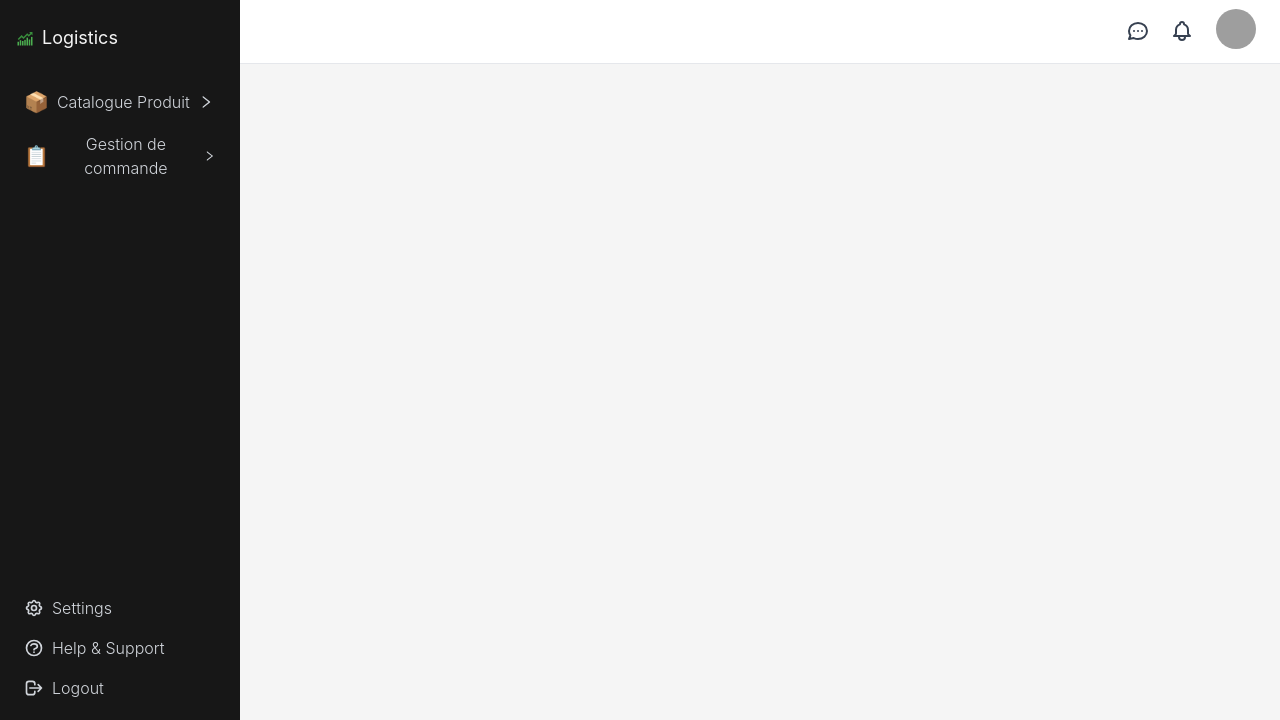
Repository: Mayar2222/Dashboard
Page: /
These files come from the project's save history. The page is drawn as it stood at one moment and after the next save; the edit follows.
The browser window is 1280 px wide. The pictures show the whole page.
Pictures or frames that could not be fetched are drawn as grey boxes. The project was rebuilt for these pictures with package versions that can differ from the ones it lists, and the page was loaded fresh each time. Also part of the build but not shown: src/components/CatalogueProduits.jsx, src/components/Categories.jsx.

Above is the page before, as saved 2024-07-28 17:50:33.

After the next save:
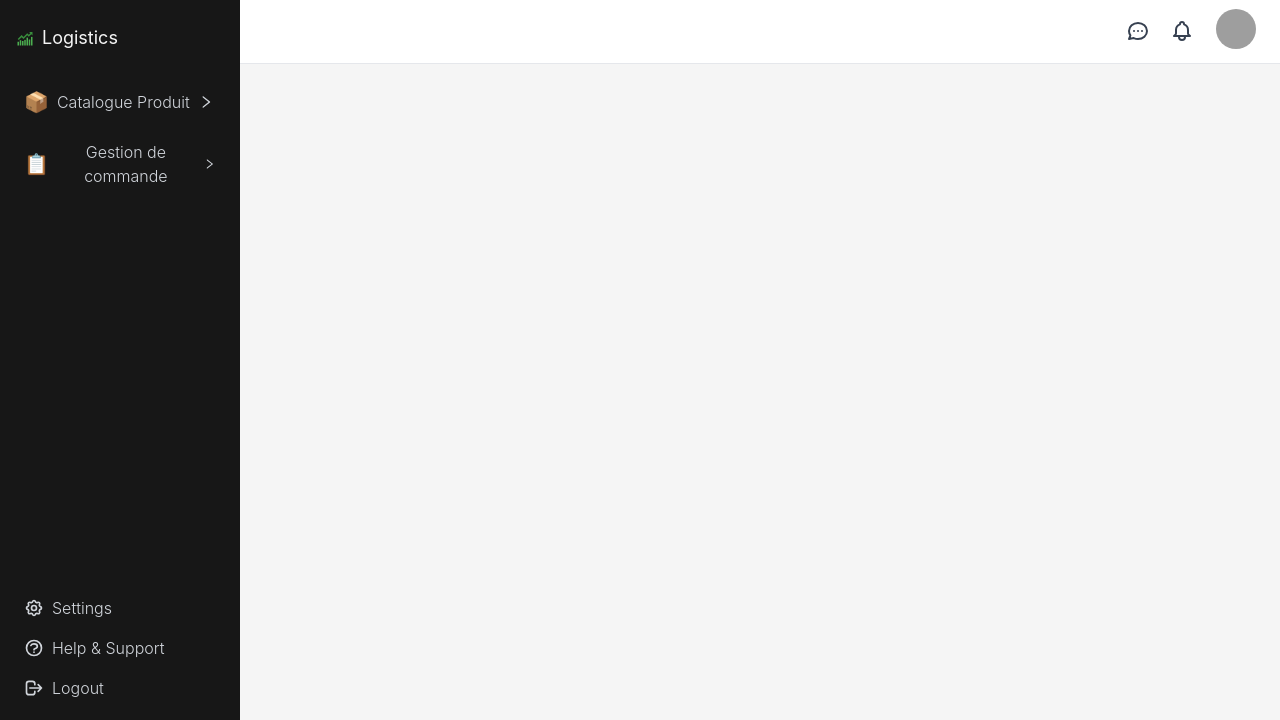
Saved 2 min 18 s later.
--- a/src/components/shared/Sidebar.jsx
+++ b/src/components/shared/Sidebar.jsx
@@ -30,56 +30,52 @@
         <span>Logistics</span>
       </div>
       <div className="flex-1 mt-4">
-        <div>
+        <div className="flex flex-col space-y-2">
           <button onClick={toggleCatalogue} className={linkClasses}>
             <span className="text-xl">📦</span>
             <span>Catalogue Produit</span>
             {isCatalogueOpen ? <AiOutlineDown /> : <AiOutlineRight />}
           </button>
-          {isCatalogueOpen && (
-            <div className="ml-6 mt-2">
-              <Link to="/categories" className={linkClasses}>
-                Catégories du produit
-              </Link>
-              <Link to="/produit" className={linkClasses}>
-                Produit
-              </Link>
-              <Link to="/spf" className={linkClasses}>
-                Spécificités
-              </Link>
-              <Link to="/historique" className={linkClasses}>
-                Historique de stock
-              </Link>
-              <Link to="/stock" className={linkClasses}>
-                Stock
-              </Link>
-              <Link to="/loc" className={linkClasses}>
-              Mes localisations
-
-              </Link>
-            </div>
-          )}
-        </div>
-
-        <div>
           <button onClick={toggleGestion} className={linkClasses}>
             <span className="text-xl">📋</span>
             <span>Gestion de commande</span>
             {isGestionOpen ? <AiOutlineDown /> : <AiOutlineRight />}
           </button>
-          {isGestionOpen && (
-            <div className="ml-6 mt-2">
-              <Link to="/ajoutercomm" className={linkClasses}>
+        </div>
 
+        {isCatalogueOpen && (
+          <div className="ml-6 mt-2">
+            <Link to="/categories" className={linkClasses}>
+              Catégories du produit
+            </Link>
+            <Link to="/produit" className={linkClasses}>
+              Produit
+            </Link>
+            <Link to="/spf" className={linkClasses}>
+              Spécificités
+            </Link>
+            <Link to="/historique" className={linkClasses}>
+              Historique de stock
+            </Link>
+            <Link to="/stock" className={linkClasses}>
+              Stock
+            </Link>
+            <Link to="/loc" className={linkClasses}>
+              Mes localisations
+            </Link>
+          </div>
+        )}
+
+        {isGestionOpen && (
+          <div className="ml-6 mt-2">
+            <Link to="/ajoutercomm" className={linkClasses}>
               Ajouter commande
-              </Link>
-              <Link to="/listecomm" className={linkClasses}>
+            </Link>
+            <Link to="/listecomm" className={linkClasses}>
               Liste des commandes
-              </Link>
-
-            </div>
-          )}
-        </div>
+            </Link>
+          </div>
+        )}
 
         {DASHBOARD_SIDEBAR_LINKS.filter(link => link.label !== "Catalogue Produit" && link.label !== "Gestion de commande").map(({ key, path, icon, label }) => (
           <Link

After the save that followed:
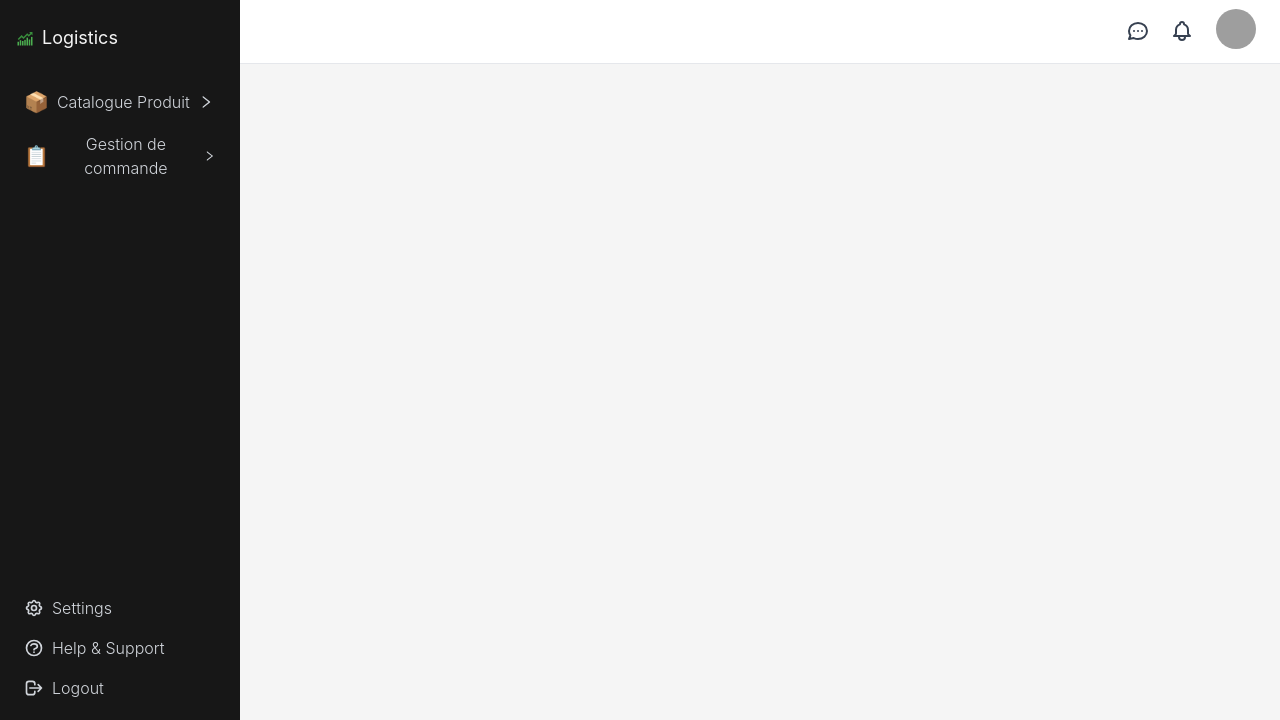
Saved 9 s later.
--- a/src/components/shared/Sidebar.jsx
+++ b/src/components/shared/Sidebar.jsx
@@ -30,52 +30,56 @@
         <span>Logistics</span>
       </div>
       <div className="flex-1 mt-4">
-        <div className="flex flex-col space-y-2">
+        <div>
           <button onClick={toggleCatalogue} className={linkClasses}>
             <span className="text-xl">📦</span>
             <span>Catalogue Produit</span>
             {isCatalogueOpen ? <AiOutlineDown /> : <AiOutlineRight />}
           </button>
+          {isCatalogueOpen && (
+            <div className="ml-6 mt-2">
+              <Link to="/categories" className={linkClasses}>
+                Catégories du produit
+              </Link>
+              <Link to="/produit" className={linkClasses}>
+                Produit
+              </Link>
+              <Link to="/spf" className={linkClasses}>
+                Spécificités
+              </Link>
+              <Link to="/historique" className={linkClasses}>
+                Historique de stock
+              </Link>
+              <Link to="/stock" className={linkClasses}>
+                Stock
+              </Link>
+              <Link to="/loc" className={linkClasses}>
+              Mes localisations
+
+              </Link>
+            </div>
+          )}
+        </div>
+
+        <div>
           <button onClick={toggleGestion} className={linkClasses}>
             <span className="text-xl">📋</span>
             <span>Gestion de commande</span>
             {isGestionOpen ? <AiOutlineDown /> : <AiOutlineRight />}
           </button>
+          {isGestionOpen && (
+            <div className="ml-6 mt-2">
+              <Link to="/ajoutercomm" className={linkClasses}>
+
+              Ajouter commande
+              </Link>
+              <Link to="/listecomm" className={linkClasses}>
+              Liste des commandes
+              </Link>
+
+            </div>
+          )}
         </div>
-
-        {isCatalogueOpen && (
-          <div className="ml-6 mt-2">
-            <Link to="/categories" className={linkClasses}>
-              Catégories du produit
-            </Link>
-            <Link to="/produit" className={linkClasses}>
-              Produit
-            </Link>
-            <Link to="/spf" className={linkClasses}>
-              Spécificités
-            </Link>
-            <Link to="/historique" className={linkClasses}>
-              Historique de stock
-            </Link>
-            <Link to="/stock" className={linkClasses}>
-              Stock
-            </Link>
-            <Link to="/loc" className={linkClasses}>
-              Mes localisations
-            </Link>
-          </div>
-        )}
-
-        {isGestionOpen && (
-          <div className="ml-6 mt-2">
-            <Link to="/ajoutercomm" className={linkClasses}>
-              Ajouter commande
-            </Link>
-            <Link to="/listecomm" className={linkClasses}>
-              Liste des commandes
-            </Link>
-          </div>
-        )}
 
         {DASHBOARD_SIDEBAR_LINKS.filter(link => link.label !== "Catalogue Produit" && link.label !== "Gestion de commande").map(({ key, path, icon, label }) => (
           <Link
